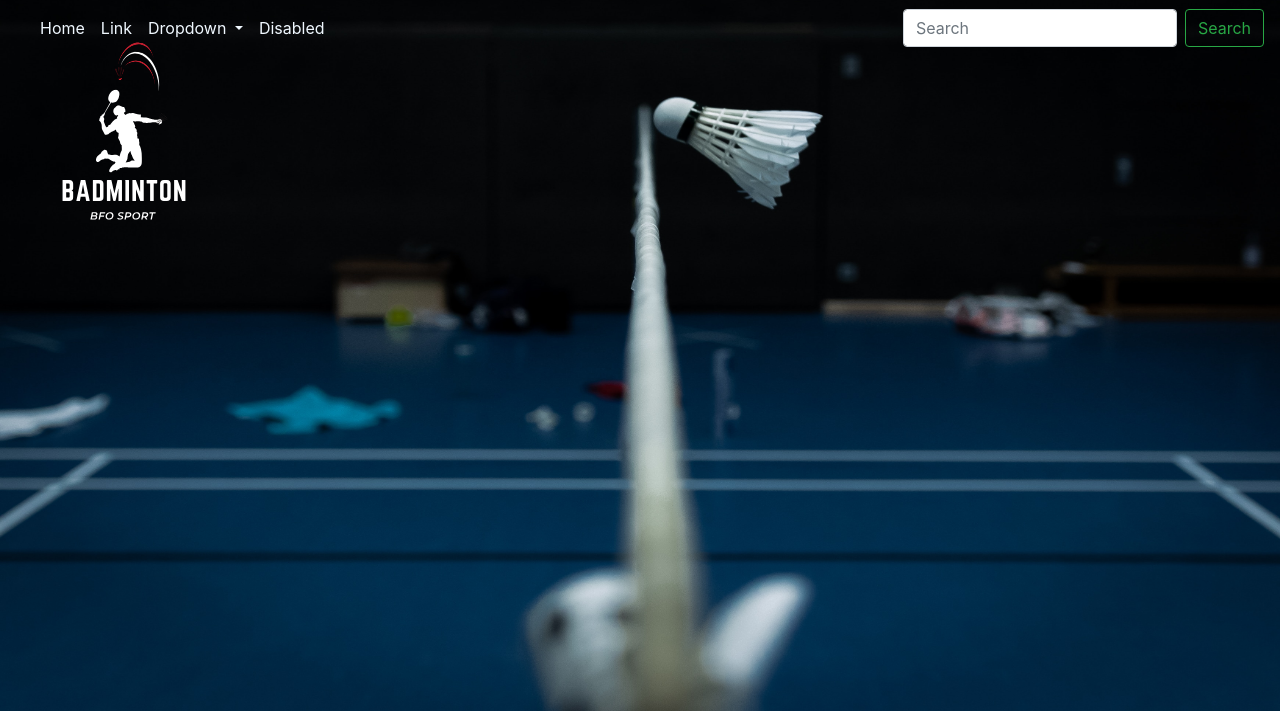
Repository: tsthuy/Badminton
Page: index.html
An editor plug-in stored every save of this project. The page is shown before and after the next save, followed by the edit.
The browser window is 1280 px wide. The pictures show the whole page.
Some web libraries are served in a nearby version.

Above is the page before, as saved 2023-10-13 20:24:57.

### index.html
<!DOCTYPE html>
<html lang="en">
<head>
    <meta charset="UTF-8">
    <meta name="viewport" content="width=device-width, initial-scale=1.0">
    <link rel="stylesheet" href="https://cdn.jsdelivr.net/npm/bootstrap@4.0.0/dist/css/bootstrap.min.css" integrity="sha384-Gn5384xqQ1aoWXA+058RXPxPg6fy4IWvTNh0E263XmFcJlSAwiGgFAW/dAiS6JXm" crossorigin="anonymous">
    <link rel="stylesheet" href="main.css">

    <title>Badminton</title>
</head>
<body>

<nav class="navbar navbar-expand-lg navbar-light bg-light " style="background-color: transparent !important;
">
  <a style="color: aliceblue;" class="navbar-brand" href="#">

        <img class="logo" src="./Image/sport center (1).svg" />


  </a>
  <button class="navbar-toggler" type="button" data-toggle="collapse" data-target="#navbarSupportedContent" aria-controls="navbarSupportedContent" aria-expanded="false" aria-label="Toggle navigation">
    <span class="navbar-toggler-icon"></span>
  </button>

  <div class="collapse navbar-collapse" id="navbarSupportedContent">
    <ul class="navbar-nav mr-auto">
      <li class="nav-item active">
        <a style="color: aliceblue;" class="nav-link" href="#">Home <span class="sr-only">(current)</span></a>
      </li>
      <li class="nav-item">
        <a style="color: aliceblue;" class="nav-link" href="#">Link</a>
      </li>
      <li class="nav-item dropdown">
        <a style="color: aliceblue;" class="nav-link dropdown-toggle" href="#" id="navbarDropdown" role="button" data-toggle="dropdown" aria-haspopup="true" aria-expanded="false">
          Dropdown
        </a>
        <div style="color: aliceblue;" class="dropdown-menu" aria-labelledby="navbarDropdown">
          <a class="dropdown-item" href="#">Action</a>
          <a class="dropdown-item" href="#">Another action</a>
          <div class="dropdown-divider"></div>
          <a class="dropdown-item" href="#">Something else here</a>
        </div>
      </li>
      <li class="nav-item">
        <a style="color: aliceblue;" class="nav-link disabled" href="#">Disabled</a>
      </li>
    </ul>
    <form class="form-inline my-2 my-lg-0">
      <input class="form-control mr-sm-2" type="search" placeholder="Search" aria-label="Search">
      <button class="btn btn-outline-success my-2 my-sm-0" type="submit">Search</button>
    </form>
  </div>
</nav>
   <div class="background_cover">

    <img class="bg_img" src="./Image/stephan-rothe-VePgmkq3hHI-unsplash.jpg" alt="" style="">
   </div>

</body>

<script src="https://code.jquery.com/jquery-3.2.1.slim.min.js" integrity="sha384-KJ3o2DKtIkvYIK3UENzmM7KCkRr/rE9/Qpg6aAZGJwFDMVNA/GpGFF93hXpG5KkN" crossorigin="anonymous"></script>
<script src="https://cdn.jsdelivr.net/npm/popper.js@1.12.9/dist/umd/popper.min.js" integrity="sha384-ApNbgh9B+Y1QKtv3Rn7W3mgPxhU9K/ScQsAP7hUibX39j7fakFPskvXusvfa0b4Q" crossorigin="anonymous"></script>
<script src="https://cdn.jsdelivr.net/npm/bootstrap@4.0.0/dist/js/bootstrap.min.js" integrity="sha384-JZR6Spejh4U02d8jOt6vLEHfe/JQGiRRSQQxSfFWpi1MquVdAyjUar5+76PVCmYl" crossorigin="anonymous"></script>
    </script>
</html>

### main.css
.logo
{
    width: 300px;
   position: absolute;
   left: -26px;
   top: 0;
}
.bg_img
{
    height: 100vh;
    width: 100%;
    margin-top: -65px;
}

After the next save:
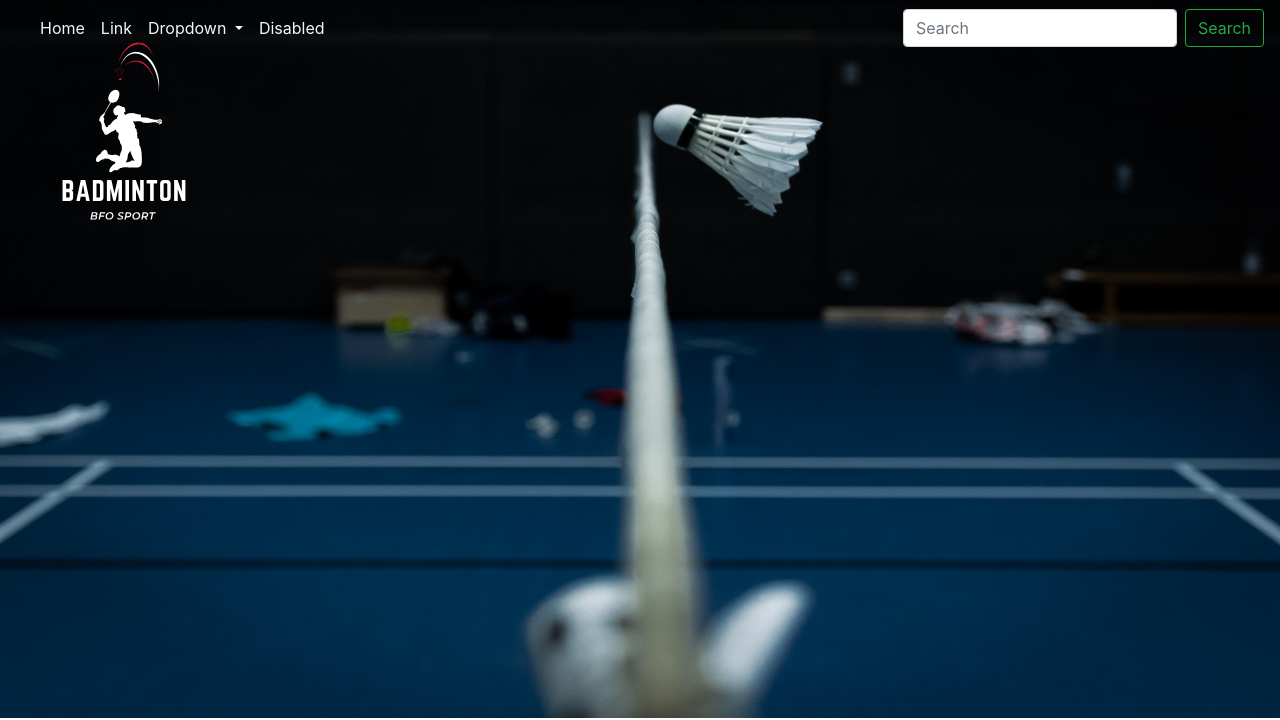
Saved 5 s later.
--- a/main.css
+++ b/main.css
@@ -9,5 +9,5 @@
 {
     height: 100vh;
     width: 100%;
-    margin-top: -65px;
+    margin-top: -58px;
 }
